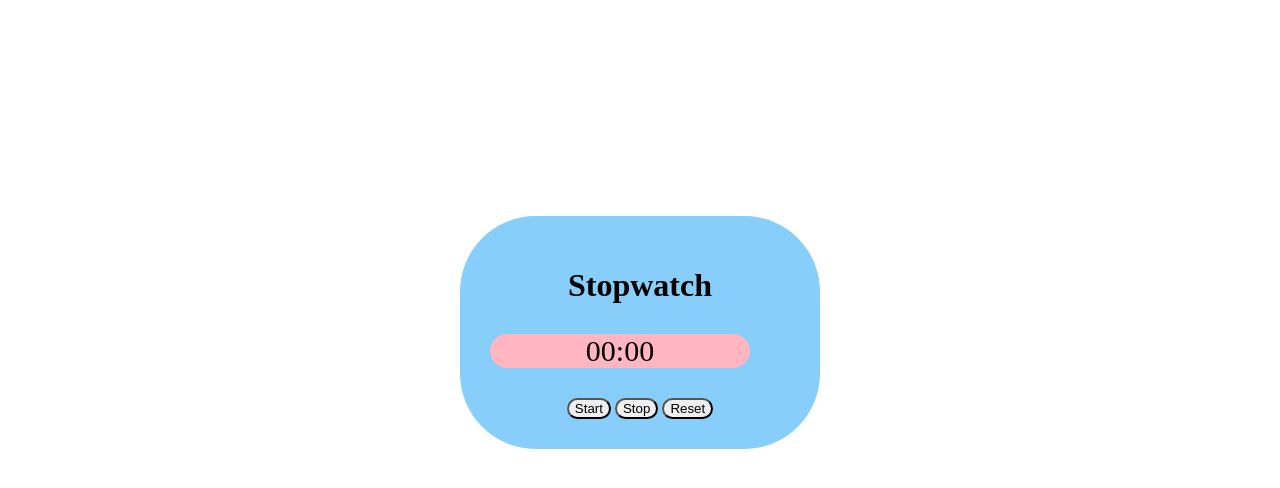
Repository: LeyaAbraham/web-dev
Page: clock.html
An editor plug-in stored every save of this project. The page is shown before and after the next save, followed by the edit.
The browser window is 1280 px wide. The pictures show the whole page.

Above is the page before, as saved 2021-01-05 23:19:56.

### clock.html
<!DOCTYPE html>
<html>

<head>
    <title>Page Title</title>
    <link rel="stylesheet" href="style.css" type="text/css">

</head>

<body>
    <div id="wrap">
        <h1>Stopwatch</h1>
        <div id="time">
            <p><span id="seconds">00</span>:<span id="nano">00</span></p>
        </div>
        <button id="start">Start</button>
        <button id="stop">Stop</button>
        <button id="reset">Reset</button>
    </div>
    <script src="clock.js"></script>
</body>

</html>

### style.css
#wrap {
    background-color: lightskyblue;
    border-color: lightyellow;
    border-radius: 2cm;
    text-align: center;
    padding: 30px;
    margin: 30px;
    width: 300px;
    position: absolute;
	top:30%;
	left: 0;
	right: 0;

	margin: auto;

}

button {
    border-radius: 1cm;

}

p {
    font-size: 30px;
}

#time {
    background: lightpink;
    width: 100px;
    border-radius: 1cm;
    text-align: center;
    padding-right: 80px;
    padding-left: 80px;

}

### clock.js
window.onload = function () {

    var seconds = 00;
    var nano = 00;

    var interval;
    document.getElementById("start").onclick = start;
    document.getElementById("stop").onclick = stop;
    document.getElementById("reset").onclick = reset;

    function start() {

        interval = setInterval(runTimer, 10);

    }

    function stop() {
        clearInterval(interval);
    }

    function reset() {
        clearInterval(interval);
        nano = 00;
        seconds = 00;
        document.getElementById("nano").innerHTML = "00";
        document.getElementById("seconds").innerHTML = "00";
    }

    function runTimer() {
        var num = nano++;
        console.log(num);

        if (nano > 9) {
            console.log("in if");
            document.getElementById("nano").innerHTML = nano;
        }
        if (nano < 9) {
            document.getElementById("nano").innerHTML = "0" + nano;
        }
        if (nano > 99) {
            seconds++;
            nano = 0;
            document.getElementById("seconds").innerHTML = "0" + seconds;

        }

        if (seconds > 9) {
            document.getElementById("seconds") = seconds;
        }
    }
}

After the next save:
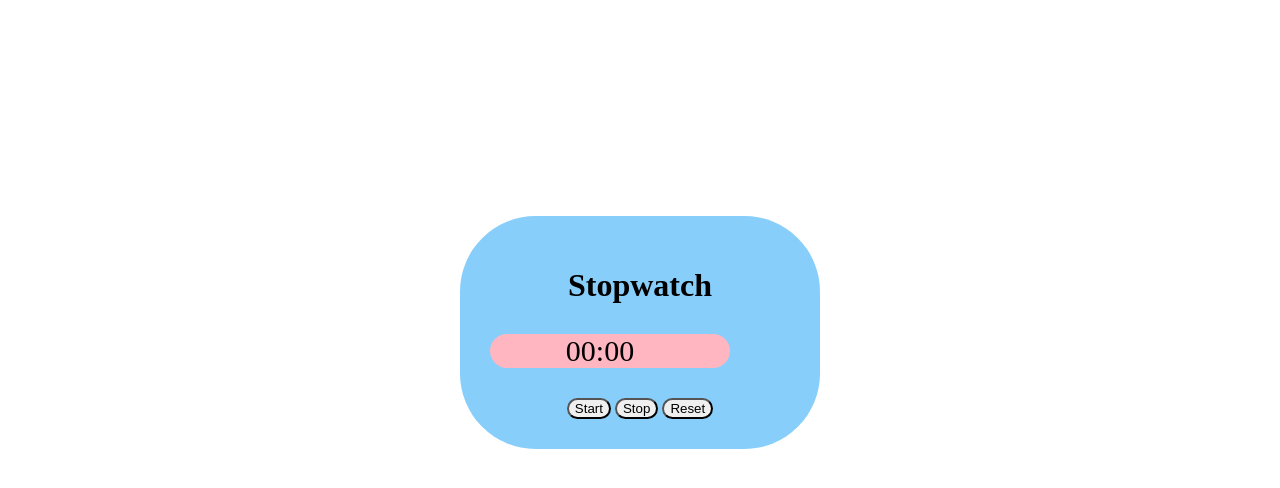
Saved 12 s later.
--- a/style.css
+++ b/style.css
@@ -30,6 +30,6 @@ p {
     border-radius: 1cm;
     text-align: center;
     padding-right: 80px;
-    padding-left: 80px;
+    padding-left: 60px;
 
 }
